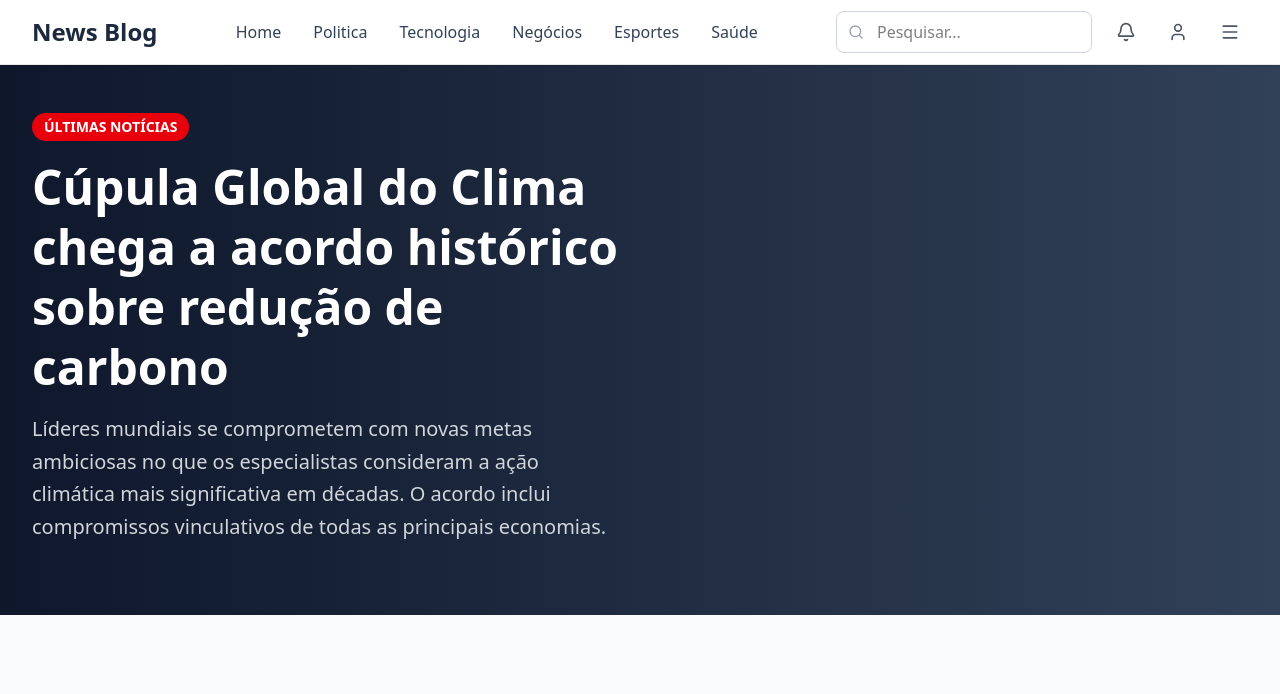
Repository: estevam02009/news-blog
Page: /
These files come from the project's save history. The page is drawn as it stood at one moment and after the next save; the edit follows.
The browser window is 1280 px wide. The pictures show the whole page.
The project was rebuilt for these pictures with package versions that can differ from the ones it lists, and the page was loaded fresh each time. Also part of the build but not shown: vite.config.ts.

Above is the page before, as saved 2025-08-08 18:33:47.

After the next save:
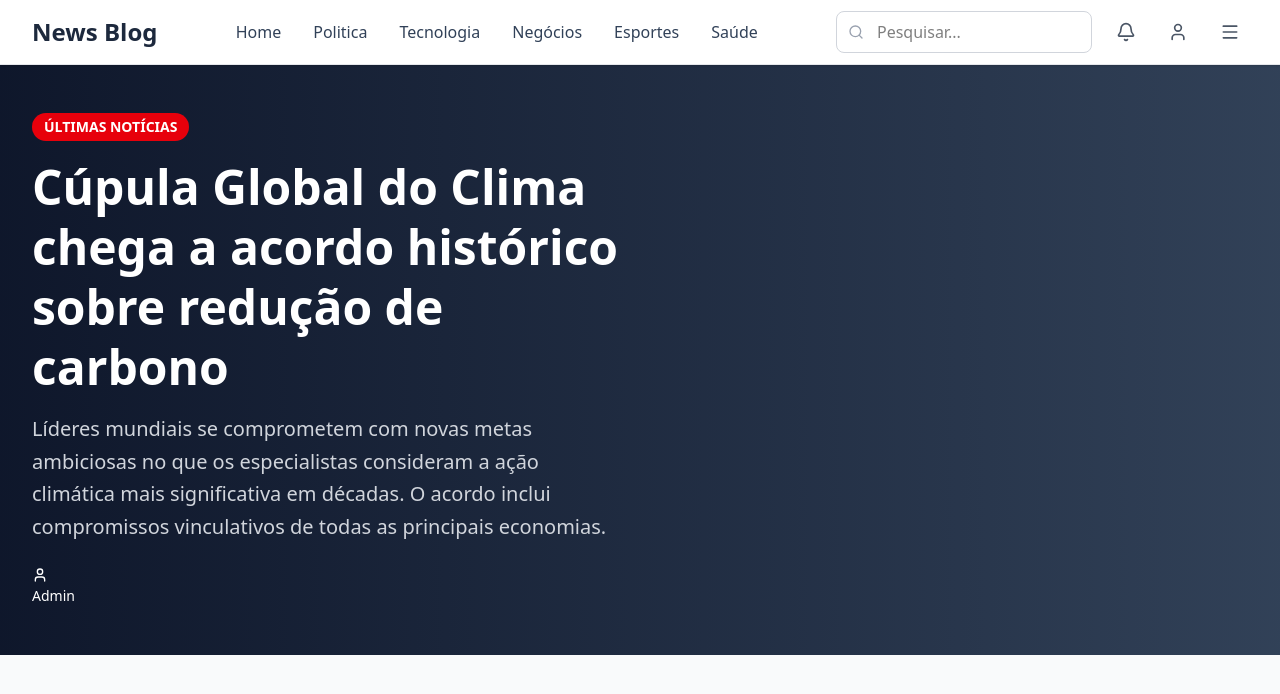
Saved 54 s later.
--- a/src/components/Hero.tsx
+++ b/src/components/Hero.tsx
@@ -1,3 +1,4 @@
+import { User } from "lucide-react";
 import React from "react";
 // import { Clock, User } from "lucide-react";
 
@@ -16,6 +17,12 @@ const Hero: React.FC = () => {
                         <p className="text-xl text-gray-300 mb-6 leading-relaxed">
                             Líderes mundiais se comprometem com novas metas ambiciosas no que os especialistas consideram a ação climática mais significativa em décadas. O acordo inclui compromissos vinculativos de todas as principais economias.
                         </p>
+                        <div>
+                            <div>
+                                <User className="h-4 w-4" />
+                                <span className="text-sm">Admin</span>
+                            </div>
+                        </div>
                     </div>
                 </div>
             </div>
